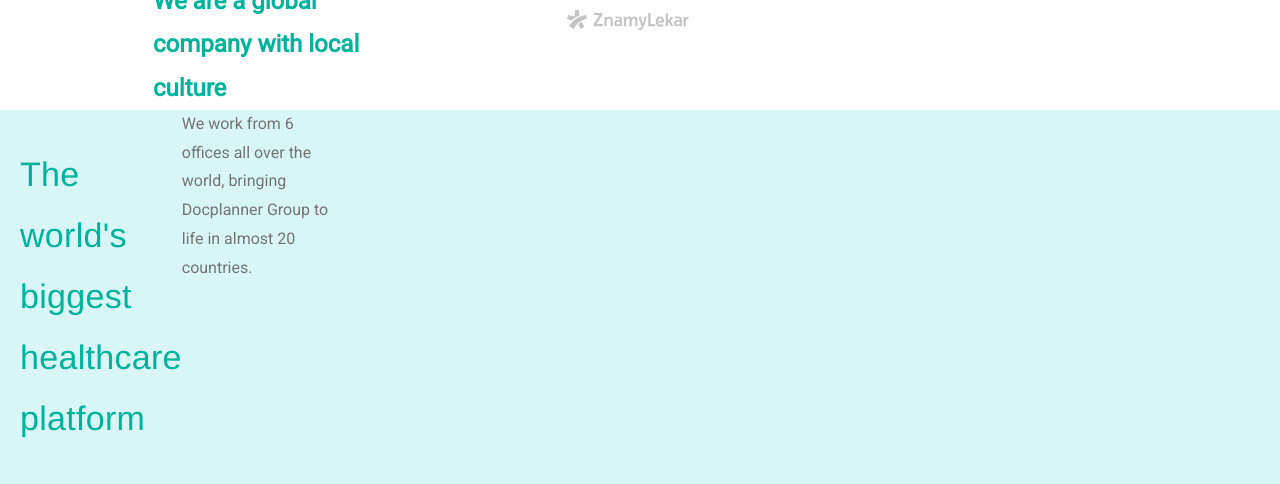
Repository: Hassanine-jaouadi/docplanner
Page: doc-panner.html
An editor plug-in stored every save of this project. The page is shown before and after the next save, followed by the edit.
The browser window is 1280 px wide. The pictures show the part of the page from y = 1018 to 1502 px (the page is 1502 px tall before and 1379 px after).
A picture or video elsewhere on the page could not be fetched, so the positions and the page height are approximate. Some web libraries are served in a nearby version.

Above is the page before, as saved 2020-01-19 13:16:39.

After the next save:
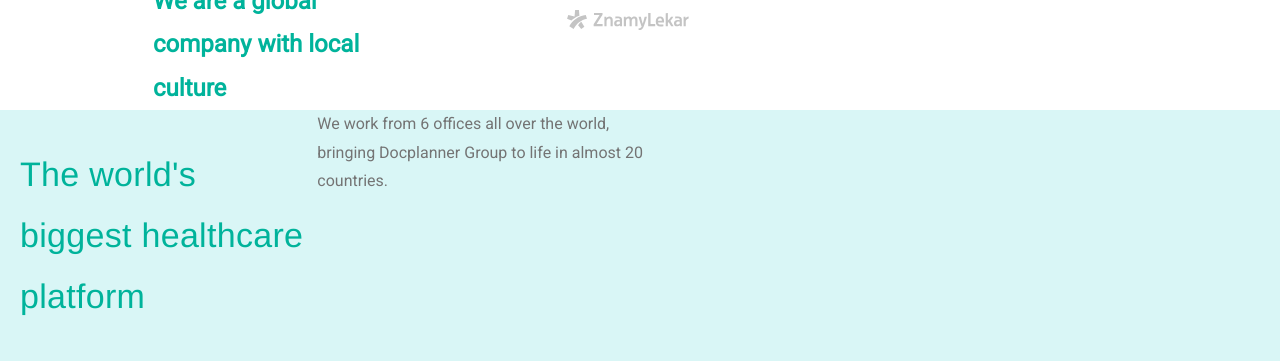
Saved 31 s later.
--- a/style.css
+++ b/style.css
@@ -261,7 +261,7 @@
     display: flex;
     justify-items: left;
     justify-content: left;
-    width: 25%;
+    width: 50%;
     margin-left: 20px;
 
 }
